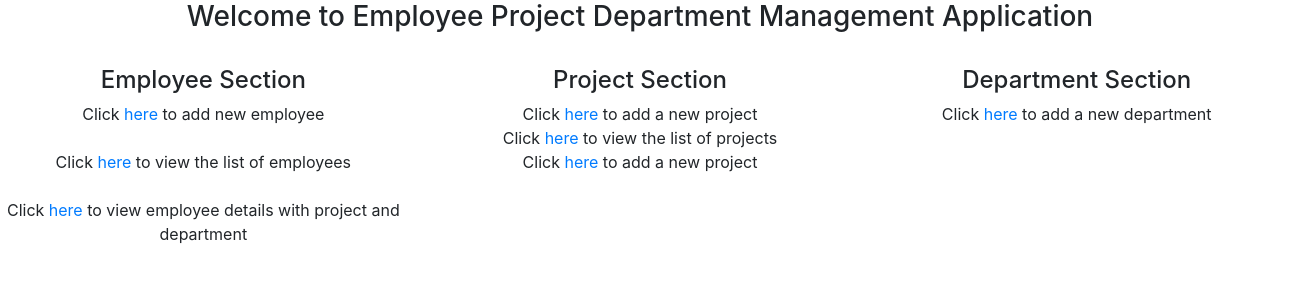
Repository: ArmanAli-cmd/EmployeeProjectDepartmentApplication
Page: http://localhost/EmployeeProjectDepartmentMVCApplication/views/index.jsp
These files come from the project's save history. The page is drawn as it stood at one moment and after the next save; the edit follows.
The browser window is 1280 px wide. The page is 1295 px wide, so the pictures cover 1295 px, including what lies to the right of the window. The pictures show the whole page.
The page is served by Tomcat 9. Other server files are loaded and not shown. The template is opened directly, without the code that normally fills it, so the values that code supplies are empty.

Above is the page before, as saved 2024-01-18 04:06:23.

### EmployeeProjectDepartmentMVCApplication/src/main/webapp/views/index.jsp
<%@ page language="java" contentType="text/html; charset=US-ASCII"
	pageEncoding="US-ASCII"%>
<!DOCTYPE html PUBLIC "-//W3C//DTD HTML 4.01 Transitional//EN" "https://www.w3.org/TR/html4/loose.dtd">
<html>
<head>
<meta http-equiv="Content-Type" content="text/html; charset=US-ASCII">
<title>First JSP</title>
<meta name="viewport" content="width=device-width, initial-scale=1">
<link rel="stylesheet"
	href="https://cdn.jsdelivr.net/npm/bootstrap@4.6.2/dist/css/bootstrap.min.css">
<script
	src="https://cdn.jsdelivr.net/npm/jquery@3.7.1/dist/jquery.slim.min.js"></script>
<script
	src="https://cdn.jsdelivr.net/npm/popper.js@1.16.1/dist/umd/popper.min.js"></script>
<script
	src="https://cdn.jsdelivr.net/npm/bootstrap@4.6.2/dist/js/bootstrap.bundle.min.js"></script>
</head>
<%@ page import="java.util.Date"%>
<body style="text-align: center;">
	<%
	session.invalidate();
	String message = (String) request.getAttribute("msz");
	if (message != null) {
	%>
	<script>
			var userResponse = confirm("<%=message%>
		");
	</script>
	<%
	request.removeAttribute("msz");
	}
	%>
	<h3>Welcome to Employee Project Department Management Application</h3>
	<br>
	<div class="row">
		<div class="col-sm-4">
			<h4>Employee Section</h4>
			<p>
				Click <a href="/views/employee-signup.jsp">here</a> to add new
				employee<br>
				<br> Click <a href="/employees">here</a> to view the list of
				employees<br>
				<br> Click <a href="/employees-signup.jsp">here</a> to view
				employee details with project and department<br>
				<br>
			</p>
		</div>
		<div class="col-sm-4">
			<h4>Project Section</h4>
			<p>
				Click <a href="views/project-signup.jsp">here</a> to add a new
				project<br>
				Click <a href="/projects">here</a> to view the list of
				projects<br>
				Click <a href="views/project-add.jsp">here</a> to add a new
				project
			</p>
		</div>
		<div class="col-sm-4">
			<h4>Department Section</h4>
			<p>
				Click <a href="views/department-signup.jsp">here</a> to add a new
				department
			</p>
		</div>
	</div>
</body>
</html>

After the next save:
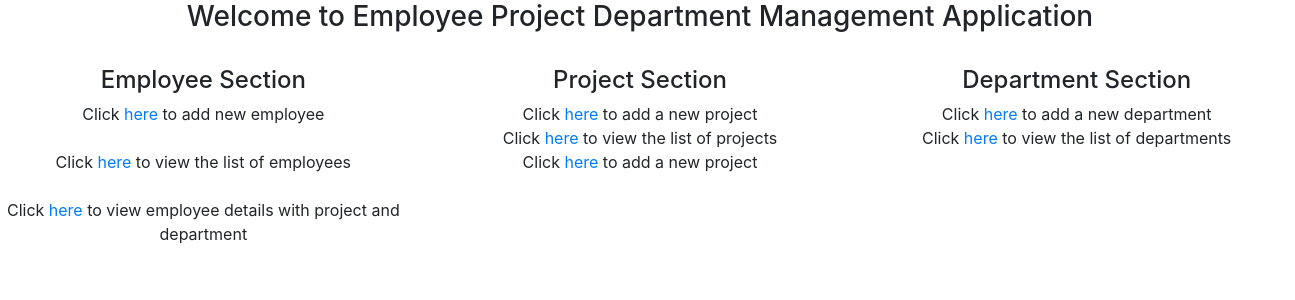
Saved 31 s later.
--- a/EmployeeProjectDepartmentMVCApplication/src/main/webapp/views/index.jsp
+++ b/EmployeeProjectDepartmentMVCApplication/src/main/webapp/views/index.jsp
@@ -61,6 +61,9 @@
 			<p>
 				Click <a href="views/department-signup.jsp">here</a> to add a new
 				department
+				<br>
+				Click <a href="/projects">here</a> to view the list of
+				departments<br>
 			</p>
 		</div>
 	</div>
